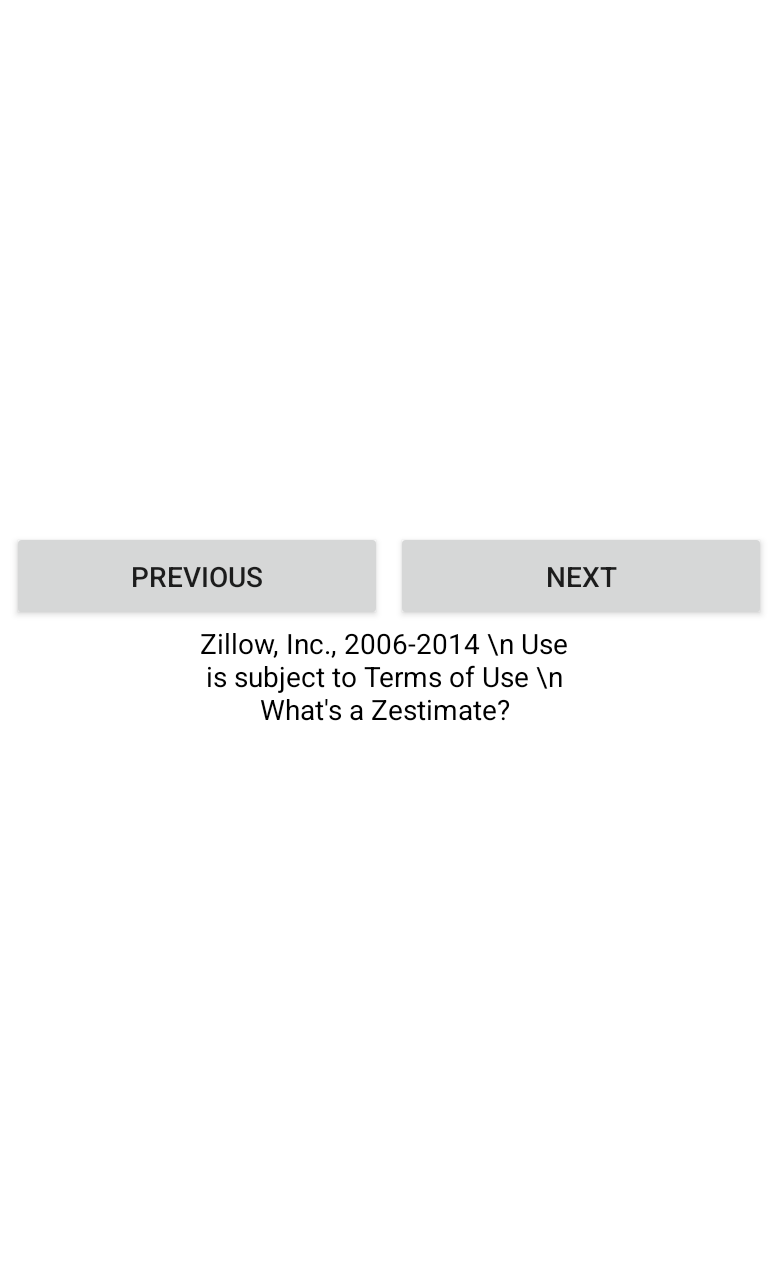
Repository: Warun26/PropertySearch
Layout: PropertySearch/res/layout/historical_zestimates_tab.xml
An editor plug-in stored every save of this project. The layout is shown before and after the next save, followed by the edit.
It is drawn on a 768 x 1280 px phone screen (xhdpi) without system bars, with theme AppTheme; the app's code is not run. The app's manifest (not shown) leaves right-to-left support off. So textAlignment, textDirection and layoutDirection are ignored, and left and right values win over start and end ones.

Above is the layout before, as saved 2014-11-23 05:28:46.

After the next save:
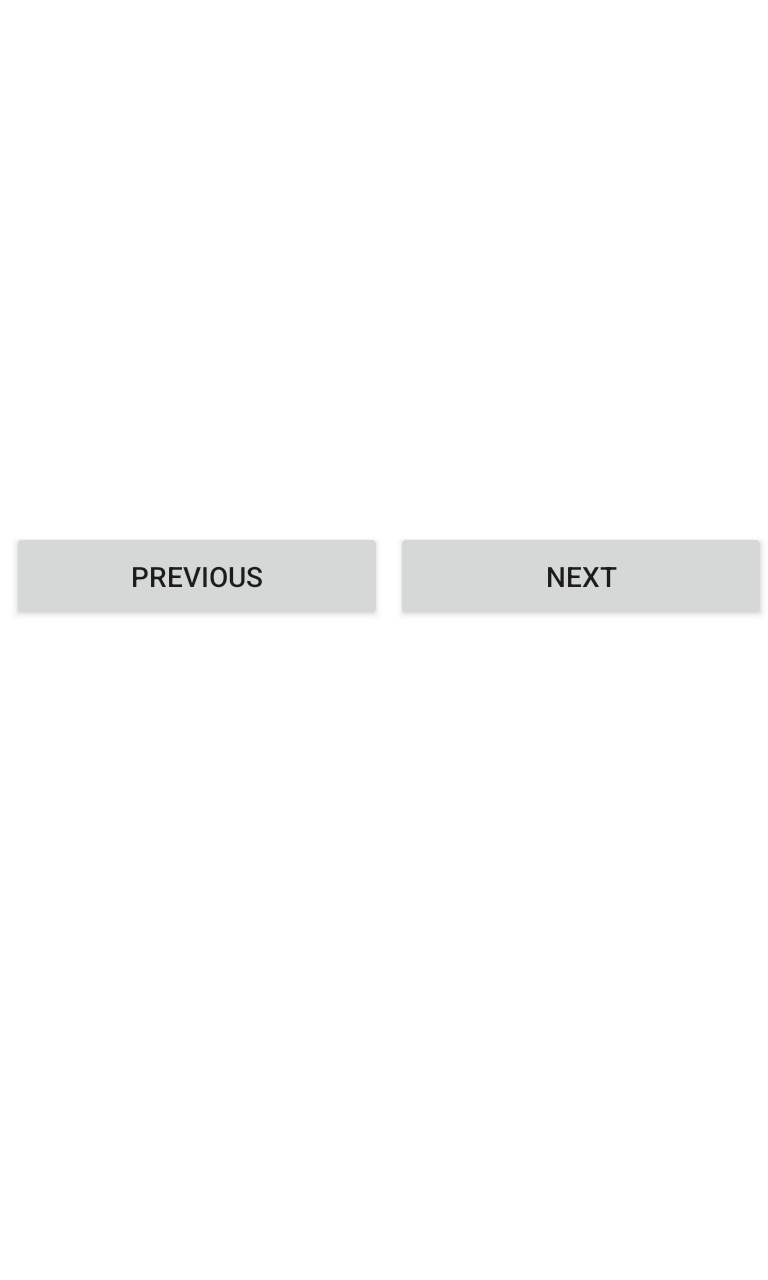
Saved 3 min 1 s later.
--- a/PropertySearch/res/layout/historical_zestimates_tab.xml
+++ b/PropertySearch/res/layout/historical_zestimates_tab.xml
@@ -64,12 +64,12 @@
 	        android:layout_weight="1" />
         </LinearLayout>
         <TextView
+            android:id="@+id/branding2"
             android:layout_width="200dp"
             android:layout_height="wrap_content"
             android:textColorLink="#0000EE"
             android:textColor="#000"
             android:textAlignment="center"
             android:gravity="center_horizontal"
-            android:layout_gravity="center_horizontal"
-            android:text="Zillow, Inc., 2006-2014 \n Use is subject to Terms of Use \n What's a Zestimate?"/>
+            android:layout_gravity="center_horizontal" />
 </LinearLayout>
